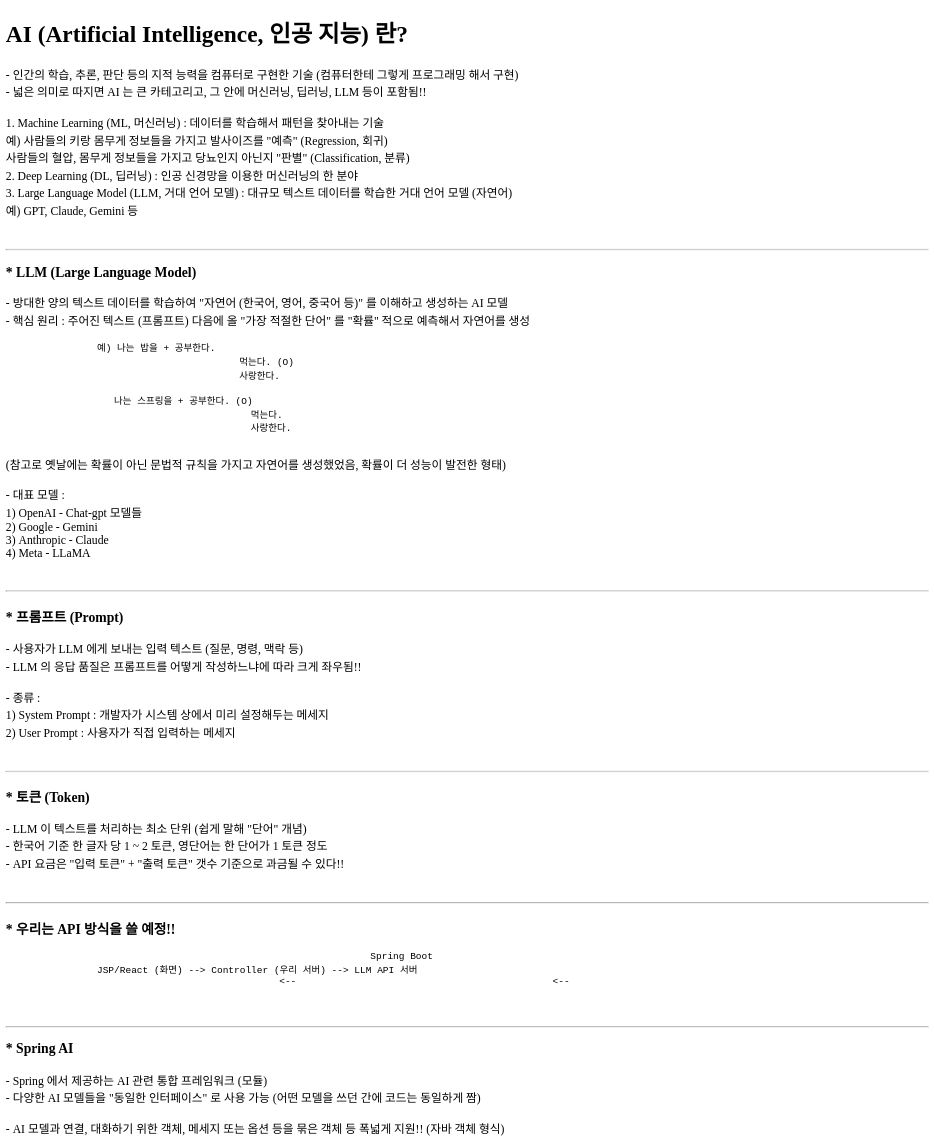
Repository: developerPKJ/10_AI-workspace
Page: http://localhost/AI_API_Project/WEB-INF/views/index.jsp
The author's editor kept a copy of each file at every save. The page is drawn from the files as they stood at one save, then again after the next save.
The browser window is 1280 px wide. The pictures show the whole page, at 73% of full size.
The page is served by Tomcat 9. Nobody is signed in. Other server files are loaded and not shown. The template is opened directly, without the code that normally fills it, so the values that code supplies are empty.

Above is the page before, as saved 2026-08-05 01:16:50.

### AI_API_Project/src/main/webapp/WEB-INF/views/index.jsp
<%@ page language="java" contentType="text/html; charset=UTF-8"
    pageEncoding="UTF-8"%>
<!DOCTYPE html>
<html>
<head>
<meta charset="UTF-8">
<title>Insert title here</title>
</head>
<body>

	<h1>AI (Artificial Intelligence, 인공 지능) 란?</h1>

	<p>
		- 인간의 학습, 추론, 판단 등의 지적 능력을 컴퓨터로 구현한 기술 (컴퓨터한테 그렇게 프로그래밍 해서 구현) <br>
		- 넓은 의미로 따지면 AI 는 큰 카테고리고, 그 안에 머신러닝, 딥러닝, LLM 등이 포함됨!! <br>

		<br>

		1. Machine Learning (ML, 머신러닝) : 데이터를 학습해서 패턴을 찾아내는 기술 <br>
		예) 사람들의 키랑 몸무게 정보들을 가지고 발사이즈를 "예측" (Regression, 회귀) <br>
		    사람들의 혈압, 몸무게 정보들을 가지고 당뇨인지 아닌지 "판별" (Classification, 분류) <br>

		2. Deep Learning (DL, 딥러닝) : 인공 신경망을 이용한 머신러닝의 한 분야 <br>

		3. Large Language Model (LLM, 거대 언어 모델) : 대규모 텍스트 데이터를 학습한 거대 언어 모델 (자연어) <br>
		예) GPT, Claude, Gemini 등
	</p>

	<br>
	<hr>

	<h3>* LLM (Large Language Model)</h3>

	<p>
		- 방대한 양의 텍스트 데이터를 학습하여 "자연어 (한국어, 영어, 중국어 등)" 를 이해하고 생성하는 AI 모델 <br>
		- 핵심 원리 : 주어진 텍스트 (프롬프트) 다음에 올 "가장 적절한 단어" 를 "확률" 적으로 예측해서 자연어를 생성 <br>
		<pre>
		예) 나는 밥을 + 공부한다.
					 먹는다. (O)
					 사랑한다.

		   나는 스프링을 + 공부한다. (O)
		   			   먹는다.
		   			   사랑한다.
		</pre>
		  (참고로 옛날에는 확률이 아닌 문법적 규칙을 가지고 자연어를 생성했었음, 확률이 더 성능이 발전한 형태) <br>

		<br>

		- 대표 모델 : <br>
		1) OpenAI - Chat-gpt 모델들 <br>
		2) Google - Gemini <br>
		3) Anthropic - Claude <br>
		4) Meta - LLaMA
	</p>

	<br>
	<hr>

	<h3>* 프롬프트 (Prompt)</h3>

	<p>
		- 사용자가 LLM 에게 보내는 입력 텍스트 (질문, 명령, 맥락 등) <br>
		- LLM 의 응답 품질은 프롬프트를 어떻게 작성하느냐에 따라 크게 좌우됨!! <br>

		<br>
		- 종류 : <br>
		1) System Prompt : 개발자가 시스템 상에서 미리 설정해두는 메세지 <br>
		2) User Prompt : 사용자가 직접 입력하는 메세지
	</p>

	<br>
	<hr>

	<h3>* 토큰 (Token)</h3>

	<p>
		- LLM 이 텍스트를 처리하는 최소 단위 (쉽게 말해 "단어" 개념) <br>
		- 한국어 기준 한 글자 당 1 ~ 2 토큰, 영단어는 한 단어가 1 토큰 정도 <br>
		- API 요금은 "입력 토큰" + "출력 토큰" 갯수 기준으로 과금될 수 있다!!
	</p>

	<br>
	<hr>

	<h3>* 우리는 API 방식을 쓸 예정!!</h3>

	<pre>
								Spring Boot
		JSP/React (화면) --> Controller (우리 서버) --> LLM API 서버
						<--						<--
	</pre>

	<br>
	<hr>

	<h3>* Spring AI</h3>

	<p>
		- Spring 에서 제공하는 AI 관련 통합 프레임워크 (모듈) <br>
		- 다양한 AI 모델들을 "동일한 인터페이스" 로 사용 가능 (어떤 모델을 쓰던 간에 코드는 동일하게 짬) <br>

		<br>

		- AI 모델과 연결, 대화하기 위한 객체, 메세지 또는 옵션 등을 묶은 객체 등 폭넓게 지원!! (자바 객체 형식)
	</p>

</body>
</html>

After the next save:
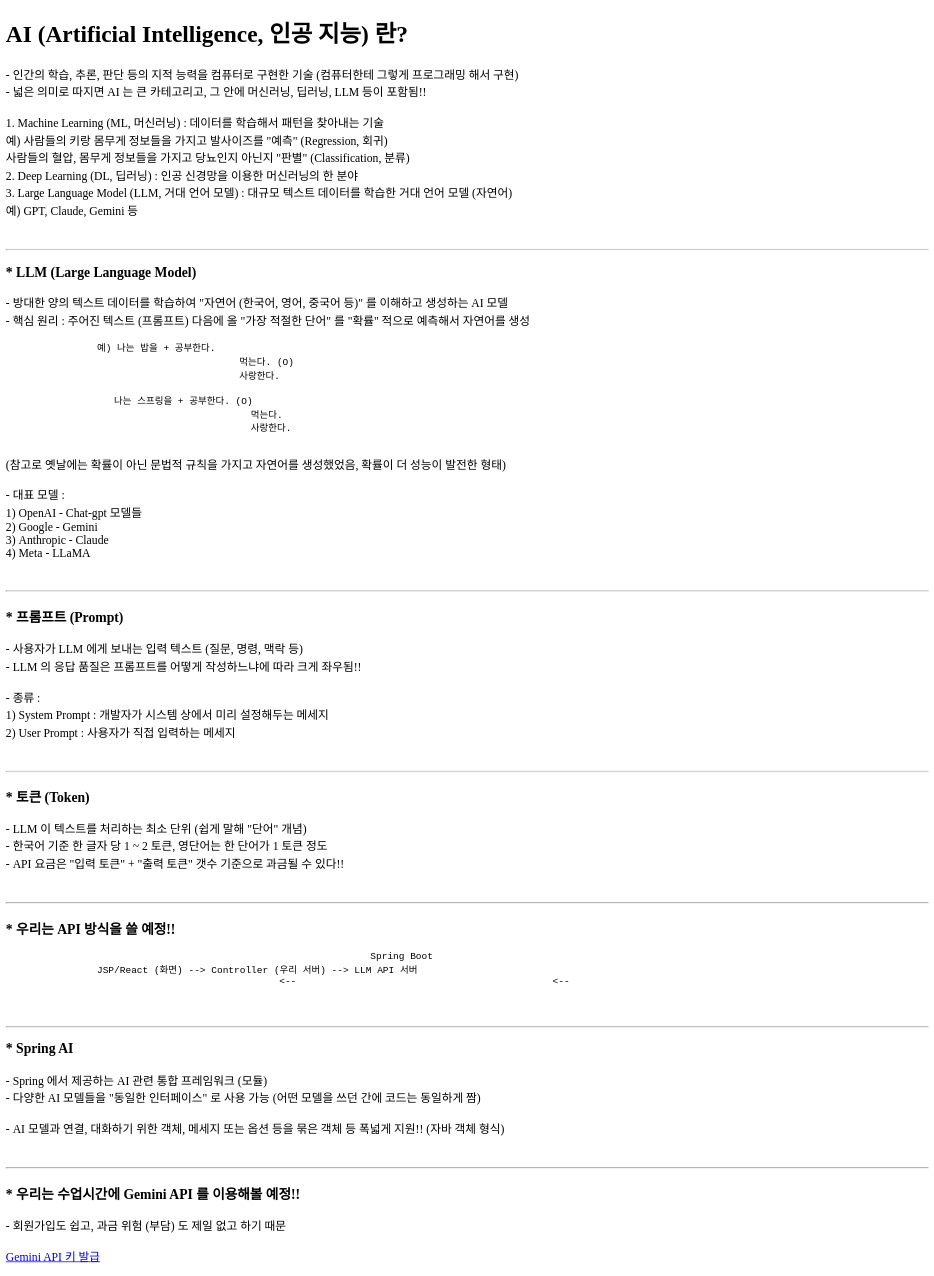
Saved 3 min 58 s later.
--- a/AI_API_Project/src/main/webapp/WEB-INF/views/index.jsp
+++ b/AI_API_Project/src/main/webapp/WEB-INF/views/index.jsp
@@ -105,5 +105,17 @@
 		- AI 모델과 연결, 대화하기 위한 객체, 메세지 또는 옵션 등을 묶은 객체 등 폭넓게 지원!! (자바 객체 형식)
 	</p>
 
+	<br>
+	<hr>
+
+	<h3>* 우리는 수업시간에 Gemini API 를 이용해볼 예정!!</h3>
+
+	<p>
+		- 회원가입도 쉽고, 과금 위험 (부담) 도 제일 없고 하기 때문 <br>
+
+		<br>
+		<a href="https://aistudio.google.com">Gemini API 키 발급</a>
+	</p>
+
 </body>
 </html>
